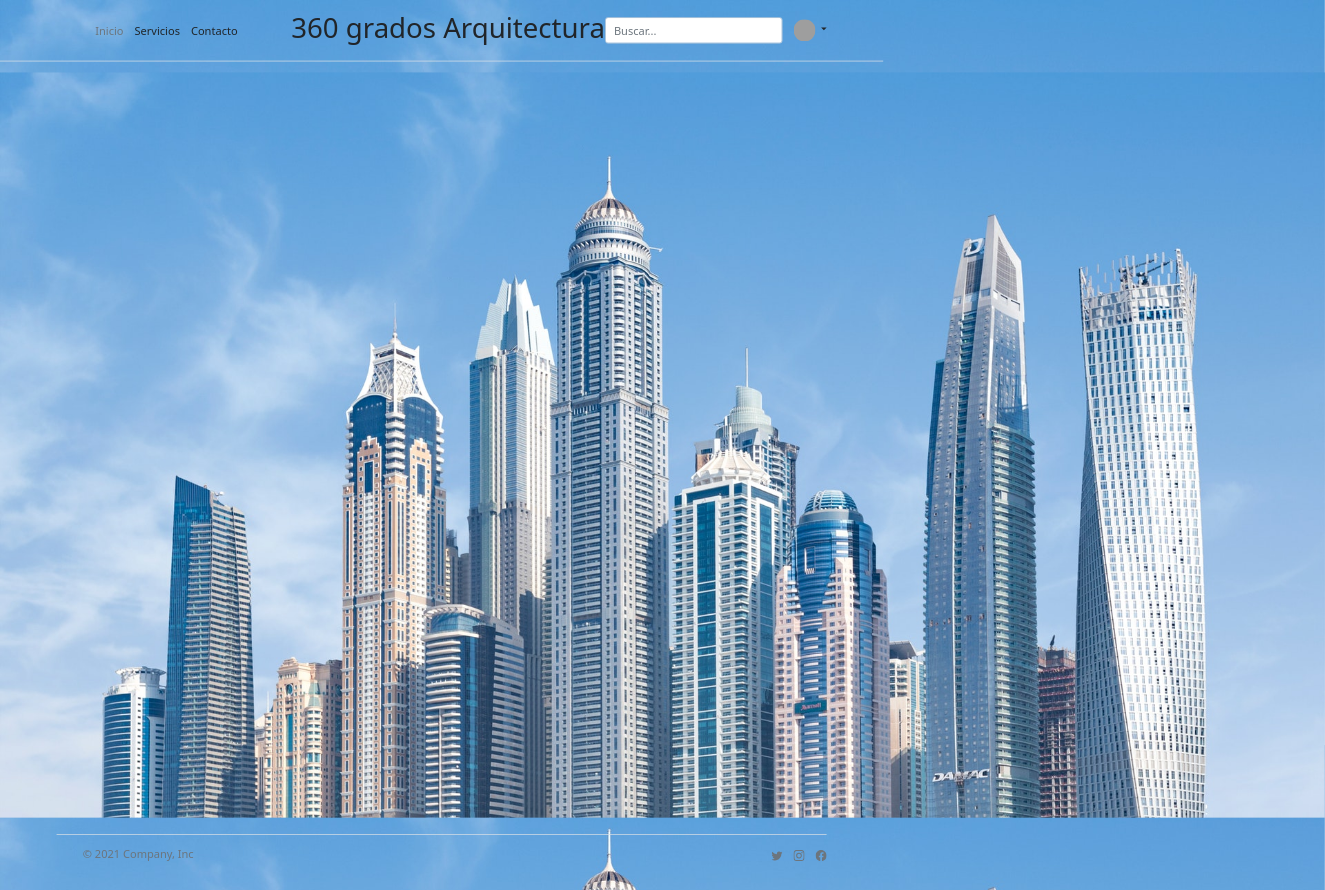
Repository: RaquelAlvarezz/Recuperaci-n-Bootstrap
Page: http://localhost/
The author's editor kept a copy of each file at every save. The page is drawn from the files as they stood at one save, then again after the next save.
The browser window is 1280 px wide. The page is 1920 px wide, then 1280 px, so the pictures cover 1920 px, including what lies to the right of the window. The pictures show the whole page, at 69% of full size.
Pictures or frames that could not be fetched are drawn as grey boxes. The page is run by PHP 8.4 with error messages shown; the project is at /var/www/html/.

Above is the page before, as saved 2022-02-17 12:06:43.

### index.php
<!DOCTYPE html>
<html lang="es">
<head>
    <meta charset="UTF-8">
    <meta name="viewport" content="width=device-width, initial-scale=1.0">
    <link rel="stylesheet" href="../css/styles.css">
    <link rel="icon" type="image/jpg" href="./img/bosquejo.png"/>
    <title>360 grados Arquitectura</title>
    <link href="https://cdn.jsdelivr.net/npm/bootstrap@5.1.3/dist/css/bootstrap.min.css" rel="stylesheet" integrity="sha384-1BmE4kWBq78iYhFldvKuhfTAU6auU8tT94WrHftjDbrCEXSU1oBoqyl2QvZ6jIW3" crossorigin="anonymous">
</head>
<body>

<?php include "header.php"; ?>

<main>
     <image src="./img/pexels-aleksandar-pasaric-618079.jpg" ></image>

    </main>
    <?php include "footer.php"; ?>


</body>
</html>

### header.php
<link rel="stylesheet" href="./css/styles.css">
<header class="p-3 mb-3 border-bottom">
        <div class="container">
          <div class="d-flex flex-wrap align-items-center justify-content-center justify-content-lg-start">
            <a href="/" class="d-flex align-items-center mb-2 mb-lg-0 text-dark text-decoration-none">
              <svg class="bi me-2" width="40" height="32" role="img" aria-label="Bootstrap"><use xlink:href="#bootstrap"/></svg>
            </a>

            <ul class="nav col-12 col-lg-auto me-lg-auto mb-2 justify-content-center mb-md-0">
              <li><a href="./index.php" class="nav-link px-2 link-secondary">Inicio</a></li>
              <li><a href="./servicios.php" class="nav-link px-2 link-dark">Servicios</a></li>
              <li><a href="./contacto.php" class="nav-link px-2 link-dark">Contacto</a></li>

            </ul>
    <div><h1>360 grados Arquitectura </h1></div>
            <form class="col-12 col-lg-auto mb-3 mb-lg-0 me-lg-3">
              <input type="search" class="form-control" placeholder="Buscar..." aria-label="Search">
            </form>

            <div class="dropdown text-end">
              <a href="#" class="d-block link-dark text-decoration-none dropdown-toggle" id="dropdownUser1" data-bs-toggle="dropdown" aria-expanded="false">
                <img src="img/perfil.png" alt="mdo" width="32" height="32" class="rounded-circle">
              </a>
              <ul class="dropdown-menu text-small" aria-labelledby="dropdownUser1">
                <li><a class="dropdown-item" href="#">New project...</a></li>
                <li><a class="dropdown-item" href="#">Settings</a></li>
                <li><a class="dropdown-item" href="#">Profile</a></li>
                <li><hr class="dropdown-divider"></li>
                <li><a class="dropdown-item" href="#">Sign out</a></li>
              </ul>
            </div>
          </div>
        </div>
      </header>

### footer.php
<div class="container">
        <footer class="d-flex flex-wrap justify-content-between align-items-center py-3 my-4 border-top">
          <div class="col-md-4 d-flex align-items-center">
            <a href="/" class="mb-3 me-2 mb-md-0 text-muted text-decoration-none lh-1">
              <svg class="bi" width="30" height="24"><use xlink:href="#bootstrap"/></svg>
            </a>
            <span class="text-muted">&copy; 2021 Company, Inc</span>
          </div>

          <ul class="nav col-md-4 justify-content-end list-unstyled d-flex">
            <li class="ms-3"><a class="text-muted" href="#"><svg xmlns="http://www.w3.org/2000/svg" width="16" height="16" fill="currentColor" class="bi bi-twitter" viewBox="0 0 16 16">
                <path d="M5.026 15c6.038 0 9.341-5.003 9.341-9.334 0-.14 0-.282-.006-.422A6.685 6.685 0 0 0 16 3.542a6.658 6.658 0 0 1-1.889.518 3.301 3.301 0 0 0 1.447-1.817 6.533 6.533 0 0 1-2.087.793A3.286 3.286 0 0 0 7.875 6.03a9.325 9.325 0 0 1-6.767-3.429 3.289 3.289 0 0 0 1.018 4.382A3.323 3.323 0 0 1 .64 6.575v.045a3.288 3.288 0 0 0 2.632 3.218 3.203 3.203 0 0 1-.865.115 3.23 3.23 0 0 1-.614-.057 3.283 3.283 0 0 0 3.067 2.277A6.588 6.588 0 0 1 .78 13.58a6.32 6.32 0 0 1-.78-.045A9.344 9.344 0 0 0 5.026 15z"/>
              </svg></a></li>
            <li class="ms-3"><a class="text-muted" href="#"><svg xmlns="http://www.w3.org/2000/svg" width="16" height="16" fill="currentColor" class="bi bi-instagram" viewBox="0 0 16 16">
                <path d="M8 0C5.829 0 5.556.01 4.703.048 3.85.088 3.269.222 2.76.42a3.917 3.917 0 0 0-1.417.923A3.927 3.927 0 0 0 .42 2.76C.222 3.268.087 3.85.048 4.7.01 5.555 0 5.827 0 8.001c0 2.172.01 2.444.048 3.297.04.852.174 1.433.372 1.942.205.526.478.972.923 1.417.444.445.89.719 1.416.923.51.198 1.09.333 1.942.372C5.555 15.99 5.827 16 8 16s2.444-.01 3.298-.048c.851-.04 1.434-.174 1.943-.372a3.916 3.916 0 0 0 1.416-.923c.445-.445.718-.891.923-1.417.197-.509.332-1.09.372-1.942C15.99 10.445 16 10.173 16 8s-.01-2.445-.048-3.299c-.04-.851-.175-1.433-.372-1.941a3.926 3.926 0 0 0-.923-1.417A3.911 3.911 0 0 0 13.24.42c-.51-.198-1.092-.333-1.943-.372C10.443.01 10.172 0 7.998 0h.003zm-.717 1.442h.718c2.136 0 2.389.007 3.232.046.78.035 1.204.166 1.486.275.373.145.64.319.92.599.28.28.453.546.598.92.11.281.24.705.275 1.485.039.843.047 1.096.047 3.231s-.008 2.389-.047 3.232c-.035.78-.166 1.203-.275 1.485a2.47 2.47 0 0 1-.599.919c-.28.28-.546.453-.92.598-.28.11-.704.24-1.485.276-.843.038-1.096.047-3.232.047s-2.39-.009-3.233-.047c-.78-.036-1.203-.166-1.485-.276a2.478 2.478 0 0 1-.92-.598 2.48 2.48 0 0 1-.6-.92c-.109-.281-.24-.705-.275-1.485-.038-.843-.046-1.096-.046-3.233 0-2.136.008-2.388.046-3.231.036-.78.166-1.204.276-1.486.145-.373.319-.64.599-.92.28-.28.546-.453.92-.598.282-.11.705-.24 1.485-.276.738-.034 1.024-.044 2.515-.045v.002zm4.988 1.328a.96.96 0 1 0 0 1.92.96.96 0 0 0 0-1.92zm-4.27 1.122a4.109 4.109 0 1 0 0 8.217 4.109 4.109 0 0 0 0-8.217zm0 1.441a2.667 2.667 0 1 1 0 5.334 2.667 2.667 0 0 1 0-5.334z"/>
              </svg></a></li>
            <li class="ms-3"><a class="text-muted" href="#"><svg xmlns="http://www.w3.org/2000/svg" width="16" height="16" fill="currentColor" class="bi bi-facebook" viewBox="0 0 16 16">
                <path d="M16 8.049c0-4.446-3.582-8.05-8-8.05C3.58 0-.002 3.603-.002 8.05c0 4.017 2.926 7.347 6.75 7.951v-5.625h-2.03V8.05H6.75V6.275c0-2.017 1.195-3.131 3.022-3.131.876 0 1.791.157 1.791.157v1.98h-1.009c-.993 0-1.303.621-1.303 1.258v1.51h2.218l-.354 2.326H9.25V16c3.824-.604 6.75-3.934 6.75-7.951z"/>
              </svg></a></li>
          </ul>
        </footer>
      </div>

### css/styles.css
body{
    background-image:url(../img/pexels-aleksandar-pasaric-618079.jpg);
}

After the next save:
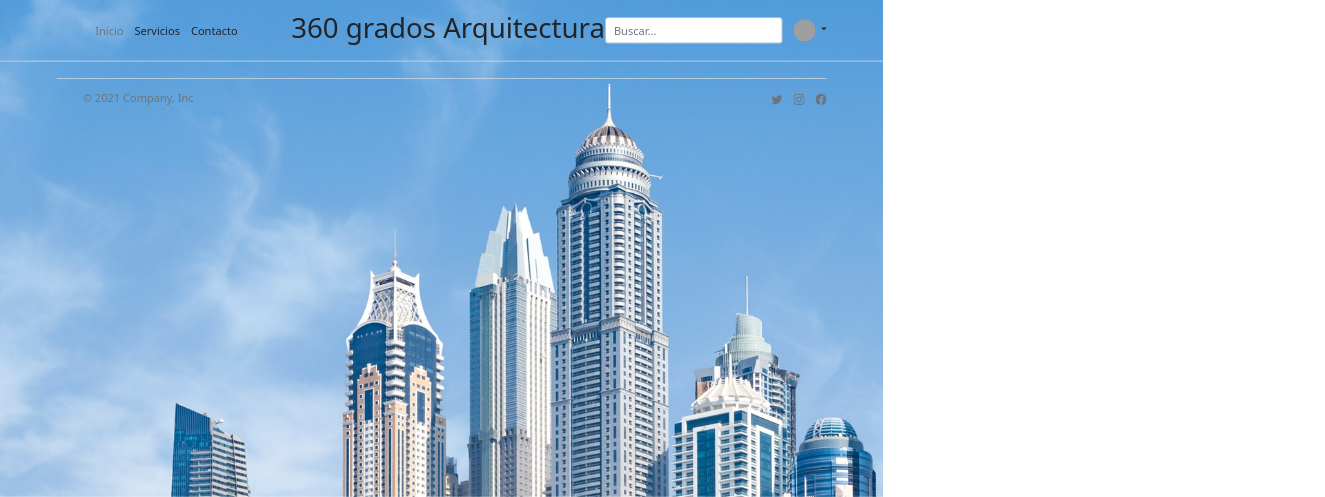
Saved 18 s later.
--- a/index.php
+++ b/index.php
@@ -13,7 +13,7 @@
 <?php include "header.php"; ?>
 
 <main>
-     <image src="./img/pexels-aleksandar-pasaric-618079.jpg" ></image>
+
 
     </main>
     <?php include "footer.php"; ?>
